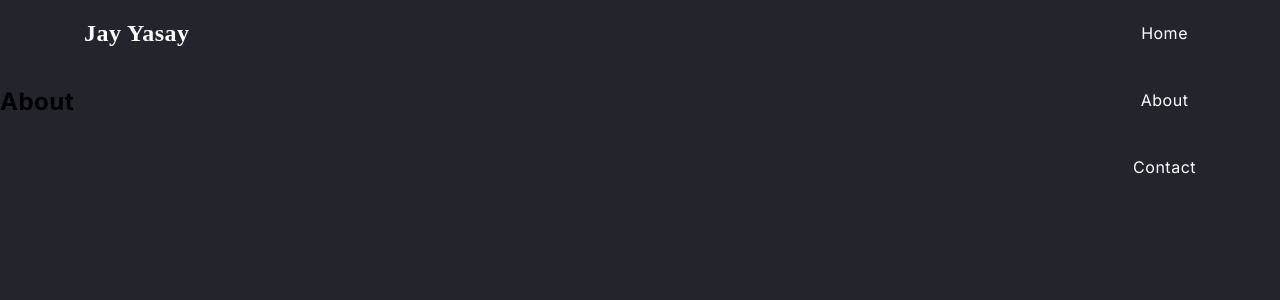
Repository: jayyasay/portfolio
Page: /about
The author's editor kept a copy of each file at every save. The page is drawn from the files as they stood at one save, then again after the next save.
The browser window is 1280 px wide. The pictures show the whole page.
Some web fonts or font styles are not loaded; a fallback is used. The project was rebuilt for these pictures with package versions that can differ from the ones it lists, and the page was loaded fresh each time. Also part of the build but not shown: src/App.css, src/pages/Home.js.

Above is the page before, as saved 2023-09-19 17:15:15.

After the next save:
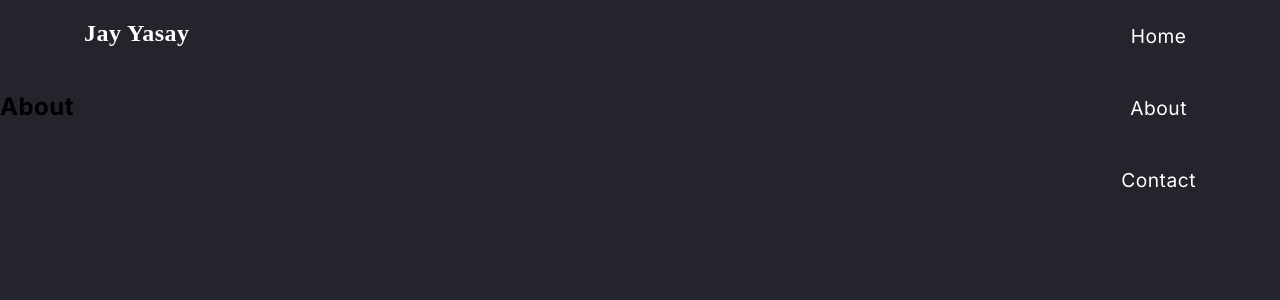
Saved 10 s later.
--- a/src/index.css
+++ b/src/index.css
@@ -22,7 +22,7 @@
     monospace;
 }
 
-p {
+p,a  {
   font-size: 1.2rem;
 }
 
